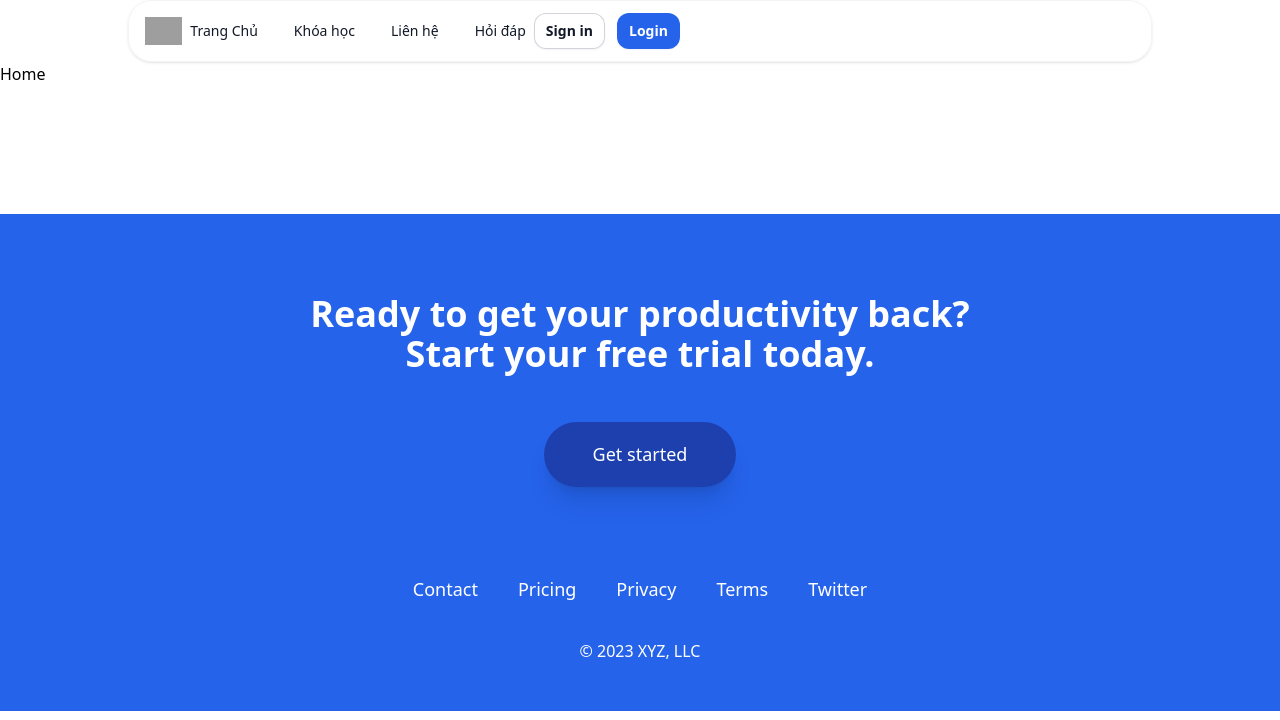
Repository: HzTung/quiz_laravel_vue
Page: / (app in Frontend/)
These files come from the project's save history. The page is drawn as it stood at one moment and after the next save; the edit follows.
The browser window is 1280 px wide. The pictures show the whole page.
Pictures or frames that could not be fetched are drawn as grey boxes. The project was rebuilt for these pictures with package versions that can differ from the ones it lists, and the page was loaded fresh each time. Also part of the build but not shown: Frontend/vite.config.js, Frontend/src/views/Login.vue, Frontend/src/views/SignUp.vue.

Above is the page before, as saved 2024-08-09 12:57:32.

### Frontend/src/main.js
import { createApp } from "vue";
import "tailwindcss/tailwind.css";
import "./style.css";
import router from "./router";
import App from "./App.vue";

createApp(App).use(router).mount("#app");

### Frontend/src/router/index.js
import { createRouter, createWebHistory } from "vue-router";
import Login from "../views/Login.vue";
import SignUp from "../views/SignUp.vue";
import client from "../layout/client.vue";
import Home from "../views/Home.vue";

const routes = [
    {
        path: "/",
        name: "home",
        component: client,
        children: [
            {
                path: "/",
                name: "index",
                component: Home,
            },
            {
                path: "login",
                name: "login",
                component: Login,
            },
            {
                path: "signup",
                name: "signup",
                component: SignUp,
            },
        ],
    },
];
const router = createRouter({
    history: createWebHistory(),
    routes,
});

export default router;

### Frontend/src/App.vue
<script setup></script>

<template><router-view></router-view></template>

<style scoped></style>

### Frontend/src/layout/client.vue
<template>
    <HeaderView></HeaderView>
    <router-view></router-view>
    <FooterView></FooterView>
</template>

<script setup>
import HeaderView from "../components/HeaderView.vue";
import FooterView from "../components/FooterView.vue";
</script>

### Frontend/src/components/HeaderView.vue
<template>
    <header
        class="flex inset-x-0 top-0 z-30 mx-auto w-full max-w-screen-md border border-gray-100 bg-white/80 py-3 shadow backdrop-blur-lg md:top-6 md:rounded-3xl lg:max-w-screen-lg"
    >
        <div class="px-4">
            <div class="flex items-center justify-between">
                <div class="flex shrink-0">
                    <a aria-current="page" class="flex items-center" href="/">
                        <img
                            class="h-7 w-auto"
                            src="https://upload.wikimedia.org/wikipedia/commons/f/fa/Apple_logo_black.svg"
                            alt=""
                        />
                        <p class="sr-only">Website Title</p>
                    </a>
                </div>
                <div
                    class="hidden md:flex md:items-center md:justify-center md:gap-5"
                >
                    <router-link
                        :to="{ name: 'home' }"
                        aria-current="page"
                        class="inline-block rounded-lg px-2 py-1 text-sm font-medium text-gray-900 transition-all duration-200 hover:bg-gray-100 hover:text-gray-900"
                        >Trang Chủ
                    </router-link>
                    <a
                        class="inline-block rounded-lg px-2 py-1 text-sm font-medium text-gray-900 transition-all duration-200 hover:bg-gray-100 hover:text-gray-900"
                        href="#"
                        >Khóa học</a
                    >
                    <a
                        class="inline-block rounded-lg px-2 py-1 text-sm font-medium text-gray-900 transition-all duration-200 hover:bg-gray-100 hover:text-gray-900"
                        href="#"
                        >Liên hệ</a
                    >
                    <a
                        class="inline-block rounded-lg px-2 py-1 text-sm font-medium text-gray-900 transition-all duration-200 hover:bg-gray-100 hover:text-gray-900"
                        href="#"
                        >Hỏi đáp</a
                    >
                </div>
                <div class="flex items-center justify-end gap-3">
                    <a
                        class="hidden items-center justify-center rounded-xl bg-white px-3 py-2 text-sm font-semibold text-gray-900 shadow-sm ring-1 ring-inset ring-gray-300 transition-all duration-150 hover:bg-gray-50 sm:inline-flex"
                        href="/login"
                        >Sign in</a
                    >
                    <router-link :to="{ name: 'login' }"
                        ><a
                            href=""
                            class="inline-flex items-center justify-center rounded-xl bg-blue-600 px-3 py-2 text-sm font-semibold text-white shadow-sm transition-all duration-150 hover:bg-blue-500 focus-visible:outline focus-visible:outline-2 focus-visible:outline-offset-2 focus-visible:outline-blue-600"
                            >Login</a
                        ></router-link
                    >
                </div>
            </div>
        </div>
    </header>
</template>

### Frontend/src/components/FooterView.vue
<template>
    <footer
        class="mt-20 xl:mt-32 mx-auto w-full relative text-center bg-blue-600 text-white"
    >
        <div class="px-6 py-8 md:py-14 xl:pt-20 xl:pb-12">
            <h2 class="font-bold text-3xl xl:text-4xl leading-snug">
                Ready to get your productivity back?<br />Start your free trial
                today.
            </h2>
            <a
                class="mt-8 xl:mt-12 px-12 py-5 text-lg font-medium leading-tight inline-block bg-blue-800 rounded-full shadow-xl border border-transparent hover:bg-sky-700 focus:outline-none focus:ring-2 focus:ring-offset-2 focus:ring-offset-sky-999 focus:ring-sky-500"
                href="#"
                >Get started</a
            >
            <div class="mt-14 xl:mt-20">
                <nav class="flex flex-wrap justify-center text-lg font-medium">
                    <div class="px-5 py-2"><a href="#">Contact</a></div>
                    <div class="px-5 py-2"><a href="#">Pricing</a></div>
                    <div class="px-5 py-2"><a href="#">Privacy</a></div>
                    <div class="px-5 py-2"><a href="#">Terms</a></div>
                    <div class="px-5 py-2"><a href="#">Twitter</a></div>
                </nav>
                <p class="mt-7 text-base">© 2023 XYZ, LLC</p>
            </div>
        </div>
    </footer>
</template>

Loaded but not shown: Frontend/index.html (common file); Frontend/src/style.css (common file); Frontend/src/views/Home.vue (common file); Frontend/tailwind.config.js (common file)

After the next save:
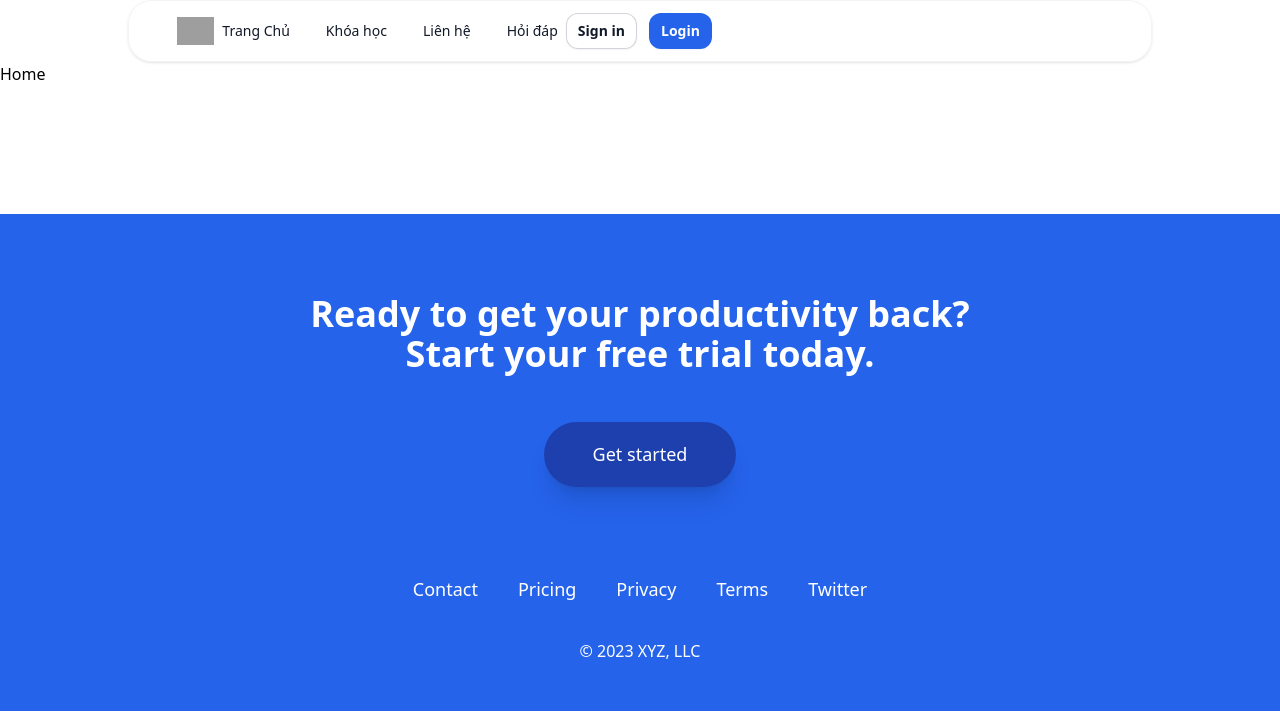
Saved 38 s later.
--- a/Frontend/src/components/HeaderView.vue
+++ b/Frontend/src/components/HeaderView.vue
@@ -1,6 +1,6 @@
 <template>
     <header
-        class="flex inset-x-0 top-0 z-30 mx-auto w-full max-w-screen-md border border-gray-100 bg-white/80 py-3 shadow backdrop-blur-lg md:top-6 md:rounded-3xl lg:max-w-screen-lg"
+        class="flex inset-x-0 top-0 z-30 mx-auto w-full max-w-screen-md border border-gray-100 bg-white/80 py-3 shadow backdrop-blur-lg md:top-6 md:rounded-3xl lg:max-w-screen-lg mx-auto flex max-w-7xl items-center justify-between p-6 lg:px-8"
     >
         <div class="px-4">
             <div class="flex items-center justify-between">
